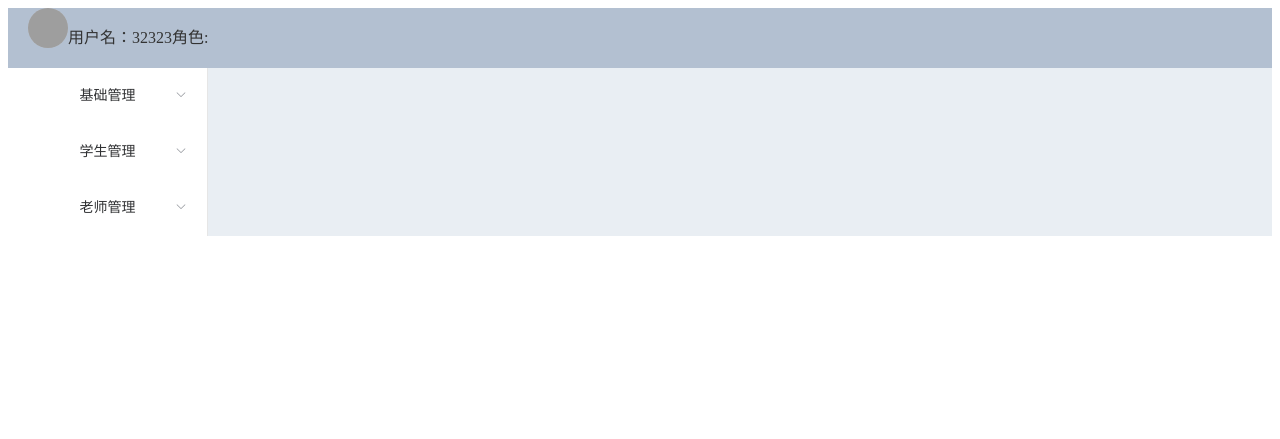
Repository: lwm9704/school-front
Page: /#/home
An editor plug-in stored every save of this project. The page is shown before and after the next save, followed by the edit.
The browser window is 1280 px wide. The pictures show the whole page.
Pictures or frames that could not be fetched are drawn as grey boxes. The project was rebuilt for these pictures with package versions that can differ from the ones it lists, and the page was loaded fresh each time. Also part of the build but not shown: src/view/login.vue.

Above is the page before, as saved 2021-11-15 15:32:18.

After the next save:
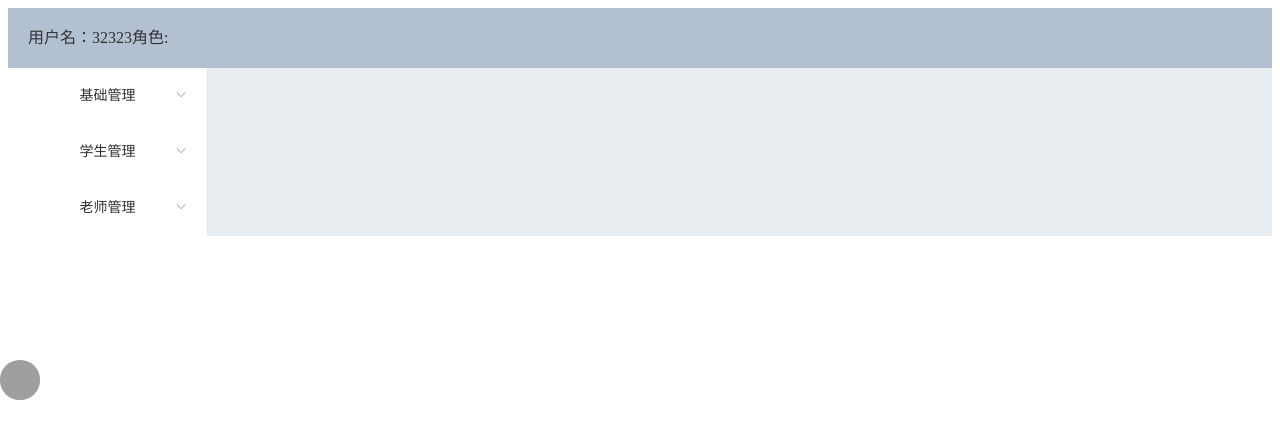
Saved 2 min 54 s later.
--- a/src/components/myHeader.vue
+++ b/src/components/myHeader.vue
@@ -38,5 +38,10 @@
 .userInfo {
     display: flex;
     flex-direction: row;
+    .avatar{
+      position: absolute;
+      left: 0;
+      top: 50%;
+    }
 }
 </style>

After the save that followed:
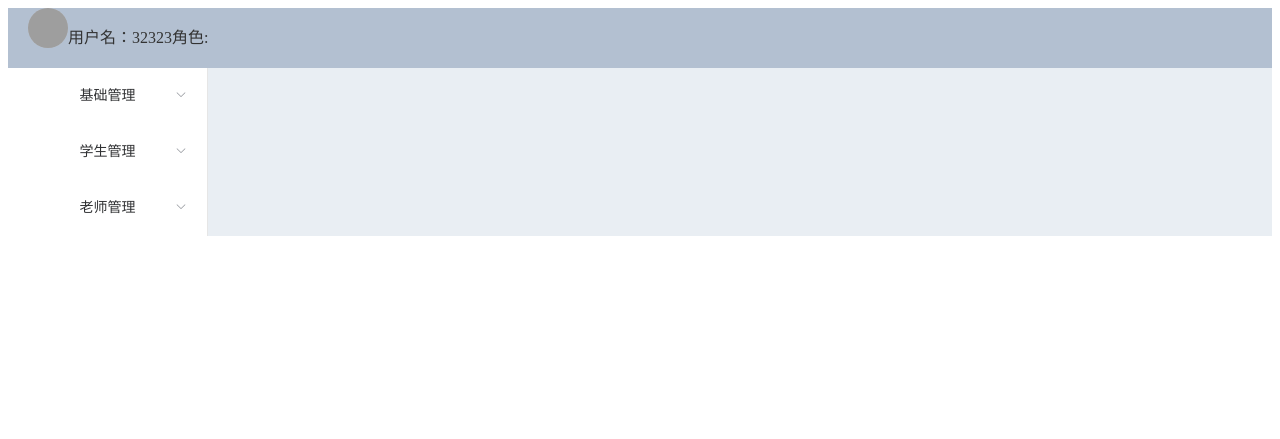
Saved 27 s later.
--- a/src/components/myHeader.vue
+++ b/src/components/myHeader.vue
@@ -39,7 +39,7 @@
     display: flex;
     flex-direction: row;
     .avatar{
-      position: absolute;
+      position: relative;
       left: 0;
       top: 50%;
     }
